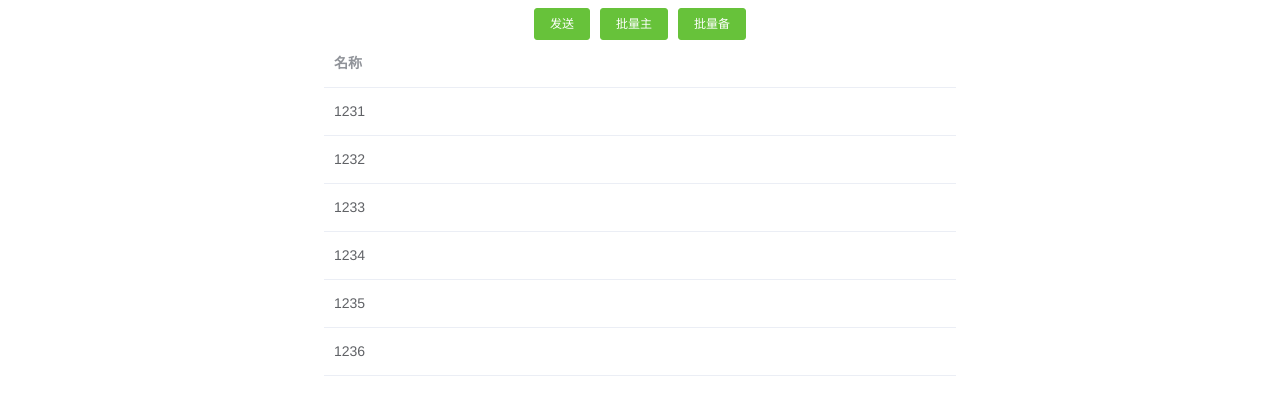
Repository: faintout/BHMQTTSendTool
Page: /
The author's editor kept a copy of each file at every save. The page is drawn from the files as they stood at one save, then again after the next save.
The browser window is 1280 px wide. The pictures show the whole page.
The project was rebuilt for these pictures with package versions that can differ from the ones it lists, and the page was loaded fresh each time. Also part of the build but not shown: vue.config.js. Imported but missing from the stored project, and not drawn on this page: src/views/About.vue.

Above is the page before, as saved 2020-08-26 14:00:30.

### public/index.html
<!DOCTYPE html>
<html lang="en">
  <head>
    <meta charset="utf-8">
    <meta http-equiv="X-UA-Compatible" content="IE=edge">
    <meta name="viewport" content="width=device-width,initial-scale=1.0">
    <link rel="stylesheet" href="">
    <title></title>
  </head>
  <body>
    <div id="app">

    </div>
    <!-- built files will be auto injected -->
  </body>
</html>

### src/main.js
import Vue from 'vue'
import App from './App.vue'
import router from './router'
import $ from 'jquery'
import ElementUi from 'element-ui'
import 'element-ui/lib/theme-chalk/index.css'
import 'element-ui/lib/theme-chalk/reset.css'

Vue.config.productionTip = false
Vue.use(ElementUi)
new Vue({
  router,
  render: h => h(App)
}).$mount('#app')

### src/views/Home.vue
<template>
  <div class="content">
      <title></title>
          <!-- 按钮模块 -->
    <div>
       <el-button type="success" size="small">发送</el-button>
       <el-button type="success" size="small">批量主</el-button>
       <el-button type="success" size="small">批量备</el-button>
    </div>
      <el-table
      v-loading="tableLoading"
      :data="tableData"
       style="width: 50%;position: relative;left: calc(50% - 25%);">
      >
      <el-table-column
          prop="name"
          width="800"
        label="名称"
      >
      </el-table-column>
    <el-table-column
        label="切换源"
        width="150"

        >
        <template slot-scope="scope">
        <el-radio-group v-model="scope.row.enable">
            <el-radio :label="0" @click.native.prevent="changeItem('1')" >主</el-radio>
            <el-radio :label="1"
            @click.native="changItemRadio(scope.row.enable)"
            >备</el-radio>
     </el-radio-group>
        </template>
      </el-table-column>

      </el-table>

      <el-backtop target=".page-component__scroll .el-scrollbar__wrap"></el-backtop>
  </div>

</template>

<script>

export default {
  components:{},
  data(){
    return {
        //表格框加载
        tableLoading:false,
        tableData:[
            {
                id:1,
                name:'1231',
                enable:0,
                data:'333'
            },
            {
                id:2,
                name:'1232',
                enable:1,
                data:'333'
            },
            {
                id:3,
                name:'1233',
                enable:'1',
                data:'333'
            },
            {
                id:4,
                name:'1234',
                enable:'1',
                data:'333'
            },
            {
                id:5,
                name:'1235',
                enable:'1',
                data:'333'
            },
            {
                id:6,
                name:'1236',
                enable:'1',
                data:'333'
            }
        ]
    }
  },
  watch:{},
  computed:{

  },
  methods:{
      changeItem(item){
          console.log('item',item);
      },
      changItemRadio(item){
          console.log('itemzhixng ');
      },
      //获取所有数据
      getAllMqttData(){

      },
      //数据处理
      dataProcessing(){

      }

  },
  mounted(){
      console.log(this.tableData);
  },
  created(){},
}
</script>
<style lang="less" scoped>
</style>

Loaded but not shown: src/App.vue (common file); src/router/index.js (common file)

After the next save:
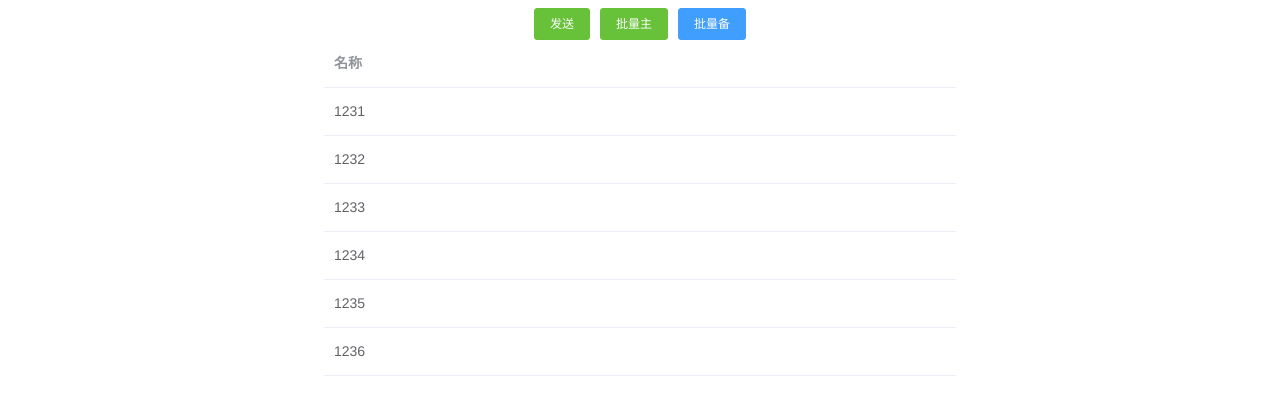
Saved 16 s later.
--- a/src/views/Home.vue
+++ b/src/views/Home.vue
@@ -5,7 +5,7 @@
     <div>
        <el-button type="success" size="small">发送</el-button>
        <el-button type="success" size="small">批量主</el-button>
-       <el-button type="success" size="small">批量备</el-button>
+       <el-button type="primary" size="small">批量备</el-button>
     </div>
       <el-table
       v-loading="tableLoading"
